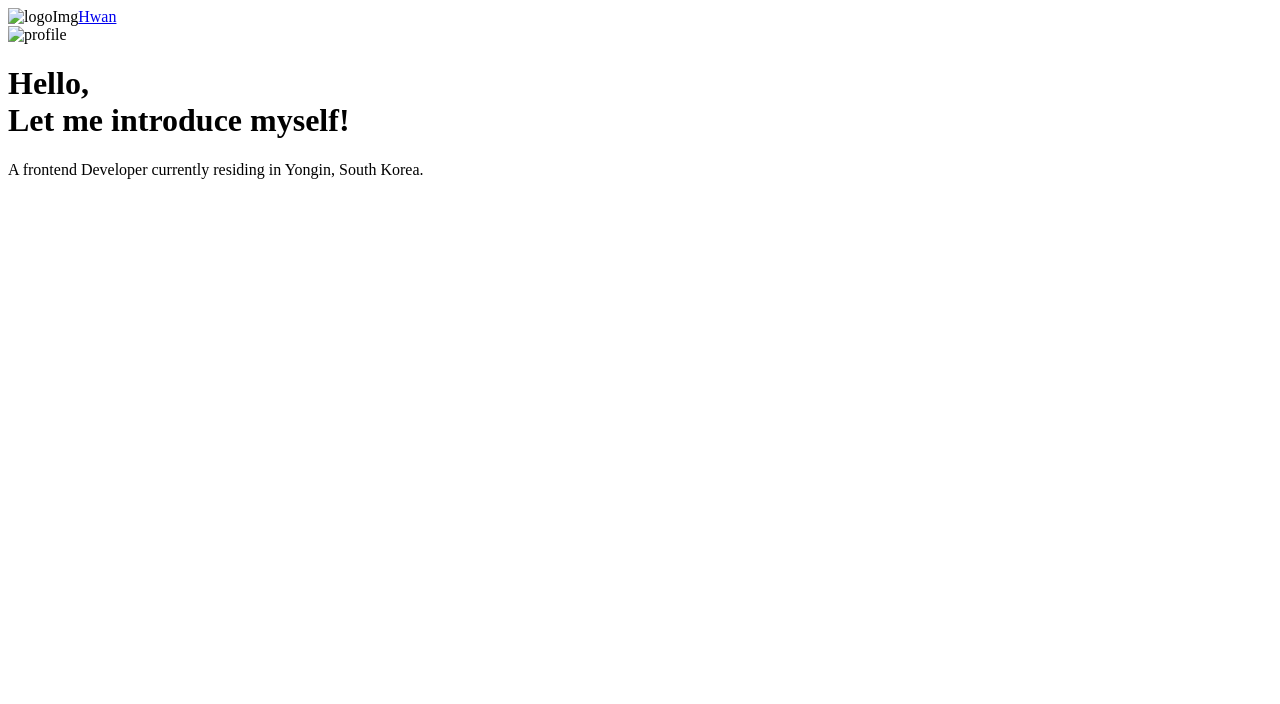
Repository: dhchun1203/Portfolio
Page: index.html
An editor plug-in stored every save of this project. The page is shown before and after the next save, followed by the edit.
The browser window is 1280 px wide. The pictures show the whole page.
Some web libraries are served in a nearby version.

Above is the page before, as saved 2020-12-02 15:27:10.

After the next save:
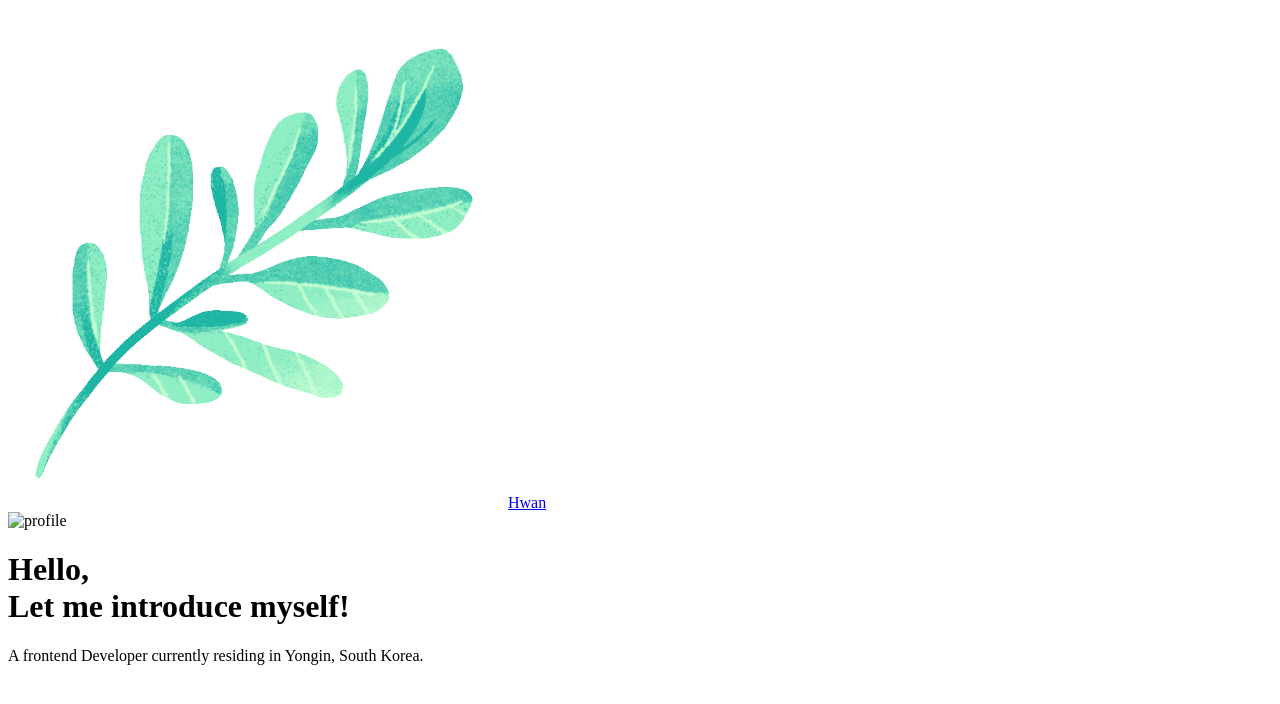
Saved 77 s later.
--- a/index.html
+++ b/index.html
@@ -26,7 +26,7 @@
 		<div class="home">
 			<nav class="navbar">
 				<div class="navbar__logo">
-					<img src="" alt="logoImg" /><a href="#">Hwan</a>
+					<img src="imgs/favicon.png" alt="logoImg" /><a href="#">Hwan</a>
 				</div>
 			</nav>
 			<div class="home__img"><img src="" alt="profile" /></div>

After the save that followed:
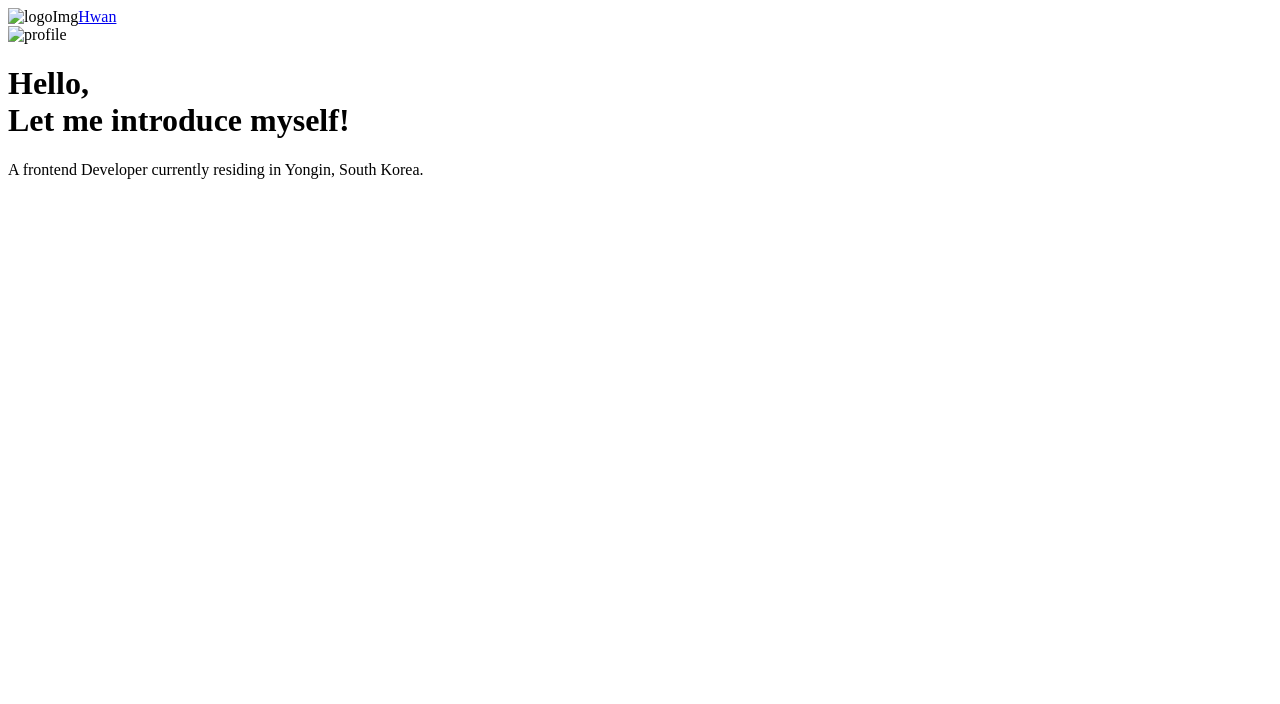
Saved 22 s later.
--- a/index.html
+++ b/index.html
@@ -26,7 +26,7 @@
 		<div class="home">
 			<nav class="navbar">
 				<div class="navbar__logo">
-					<img src="imgs/favicon.png" alt="logoImg" /><a href="#">Hwan</a>
+					<img src="" alt="logoImg" /><a href="#">Hwan</a>
 				</div>
 			</nav>
 			<div class="home__img"><img src="" alt="profile" /></div>
